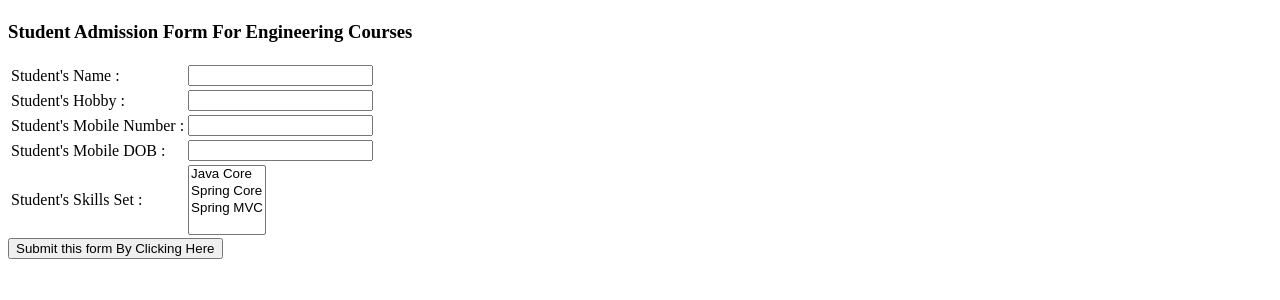
Repository: anujsachan89/Spring-MVC
Page: http://localhost/SpringMVC10/WEB-INF/jsp/AdmissionForm.jsp
The author's editor kept a copy of each file at every save. The page is drawn from the files as they stood at one save, then again after the next save.
The browser window is 1280 px wide. The pictures show the whole page.
The page is served by Tomcat 9. Nobody is signed in. The template is opened directly, without the code that normally fills it, so the values that code supplies are empty.

Above is the page before, as saved 2017-02-04 05:56:37.

After the next save:
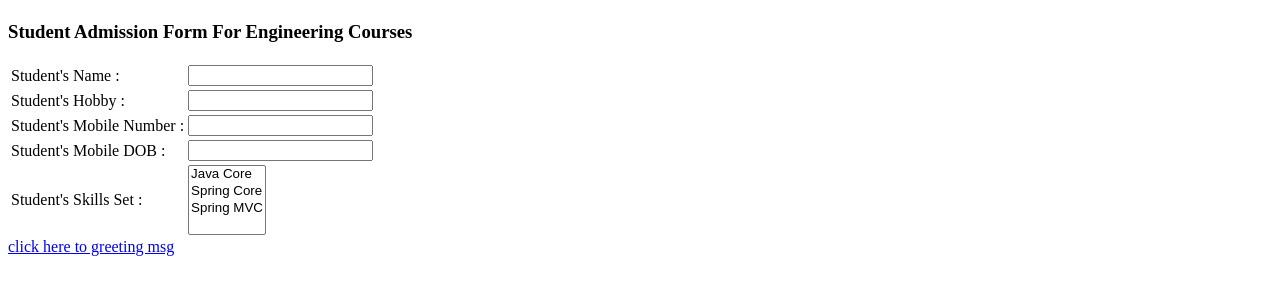
Saved 5 min 43 s later.
--- a/Spring-MVC workspace/SpringMVC10/src/main/webapp/WEB-INF/jsp/AdmissionForm.jsp
+++ b/Spring-MVC workspace/SpringMVC10/src/main/webapp/WEB-INF/jsp/AdmissionForm.jsp
@@ -35,7 +35,7 @@
 
 
 		</table>
-		<input type="Submit" value="Submit this form By Clicking Here" />
+		<a href="submitAdmissionForm">click here to greeting msg</a>
 	</form>
 </body>
 </html>

After the save that followed:
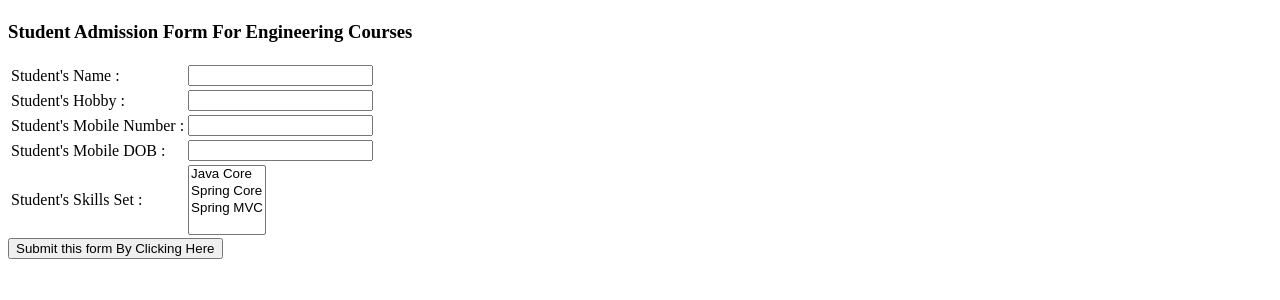
Saved 65 s later.
--- a/Spring-MVC workspace/SpringMVC10/src/main/webapp/WEB-INF/jsp/AdmissionForm.jsp
+++ b/Spring-MVC workspace/SpringMVC10/src/main/webapp/WEB-INF/jsp/AdmissionForm.jsp
@@ -35,7 +35,7 @@
 
 
 		</table>
-		<a href="submitAdmissionForm">click here to greeting msg</a>
+		<input type="Submit" value="Submit this form By Clicking Here" />
 	</form>
 </body>
 </html>
